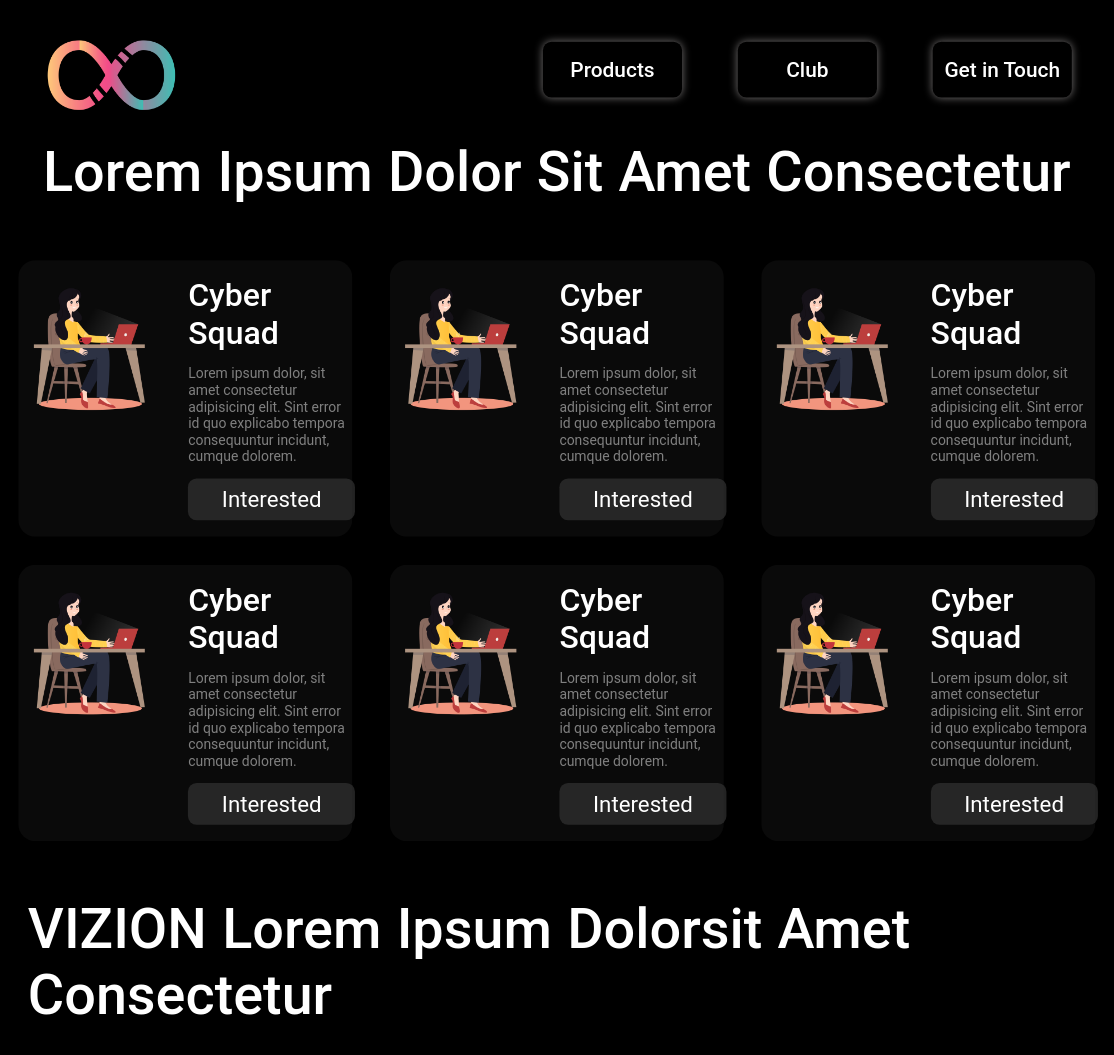
Repository: kapil4457/vizion-internship-project
Page: /
These files come from the project's save history. The page is drawn as it stood at one moment and after the next save; the edit follows.
The browser window is 1280 px wide. The pictures show the whole page, at 87% of full size.
The project was rebuilt for these pictures with package versions that can differ from the ones it lists, and the page was loaded fresh each time. Also part of the build but not shown: src/index.css.

Above is the page before, as saved 2022-10-29 10:40:19.

After the next save:
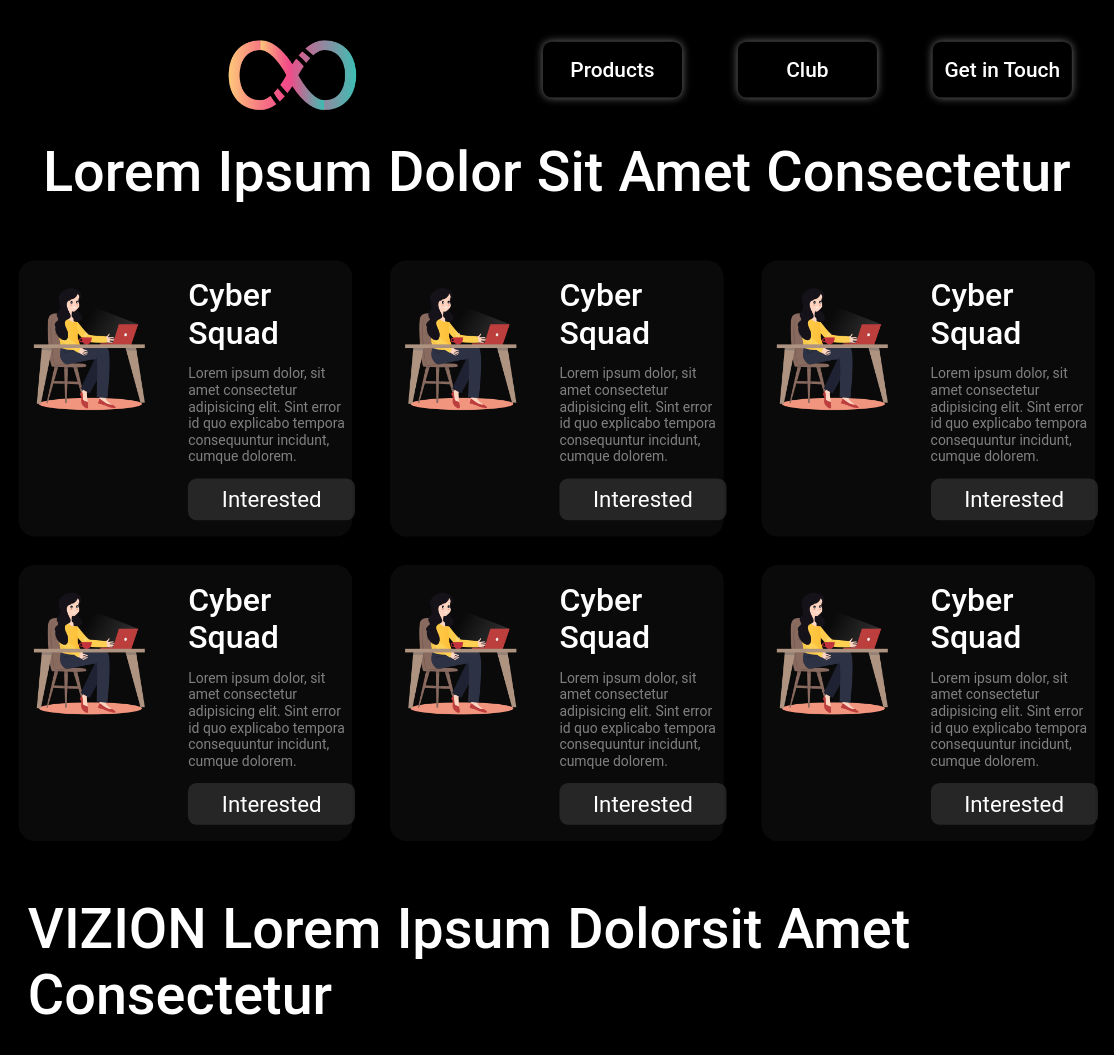
Saved 74 s later.
--- a/src/components/Header/Header.jsx
+++ b/src/components/Header/Header.jsx
@@ -6,6 +6,8 @@ import "./Header.css";
 const Header = () => {
   return (
     <div className="main-header">
+      <div className="side-header"></div>
+
       <NavLink to="/" className="left-header">
         <img src={Logo} alt="" />
       </NavLink>

After the save that followed:
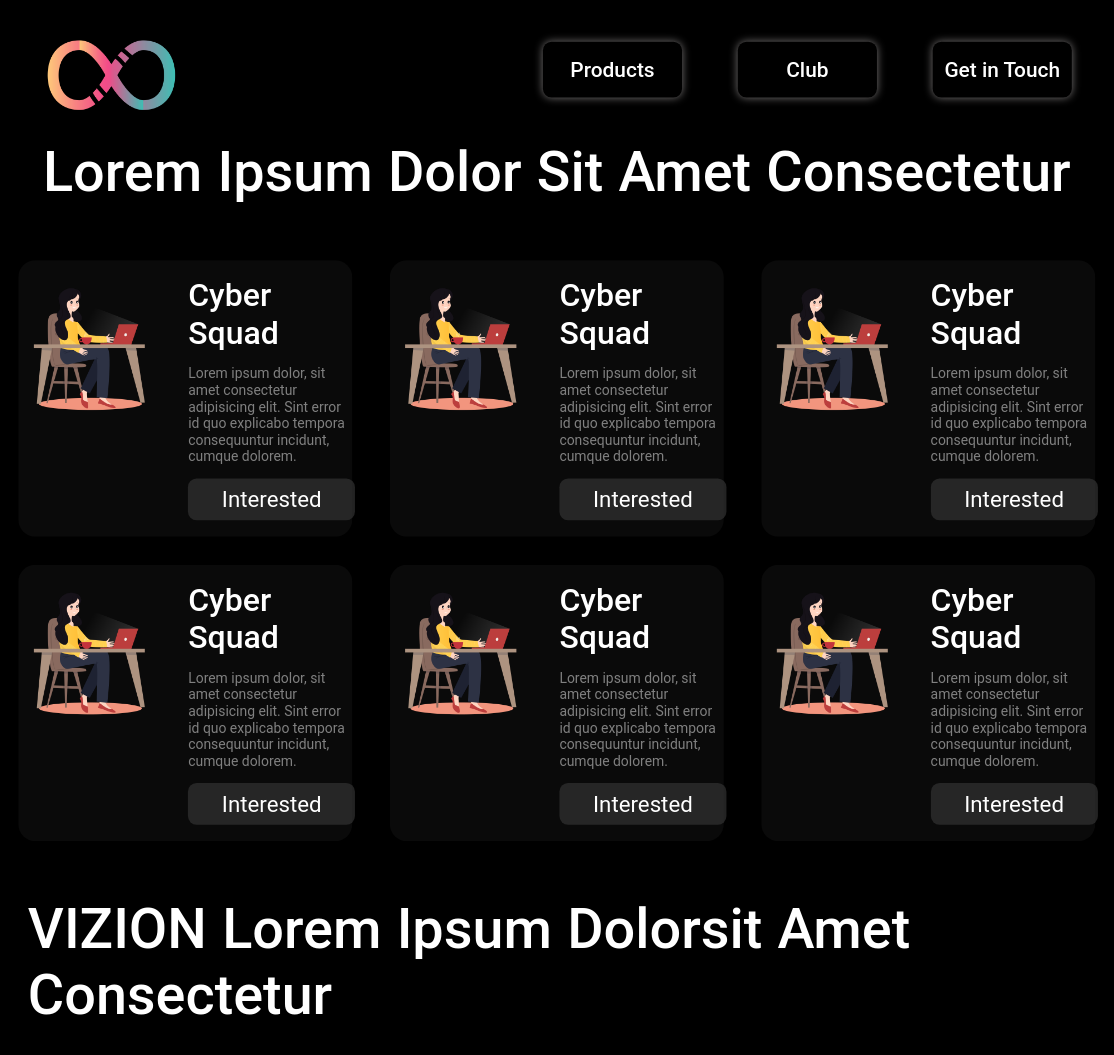
Saved 16 s later.
--- a/src/components/Header/Header.css
+++ b/src/components/Header/Header.css
@@ -46,6 +46,11 @@
    }
 
 
+   .side-header{
+    position:absolute;
+   }
+
+
    @media (max-width:768px ){
 .main-header{
     padding:0 1rem;
